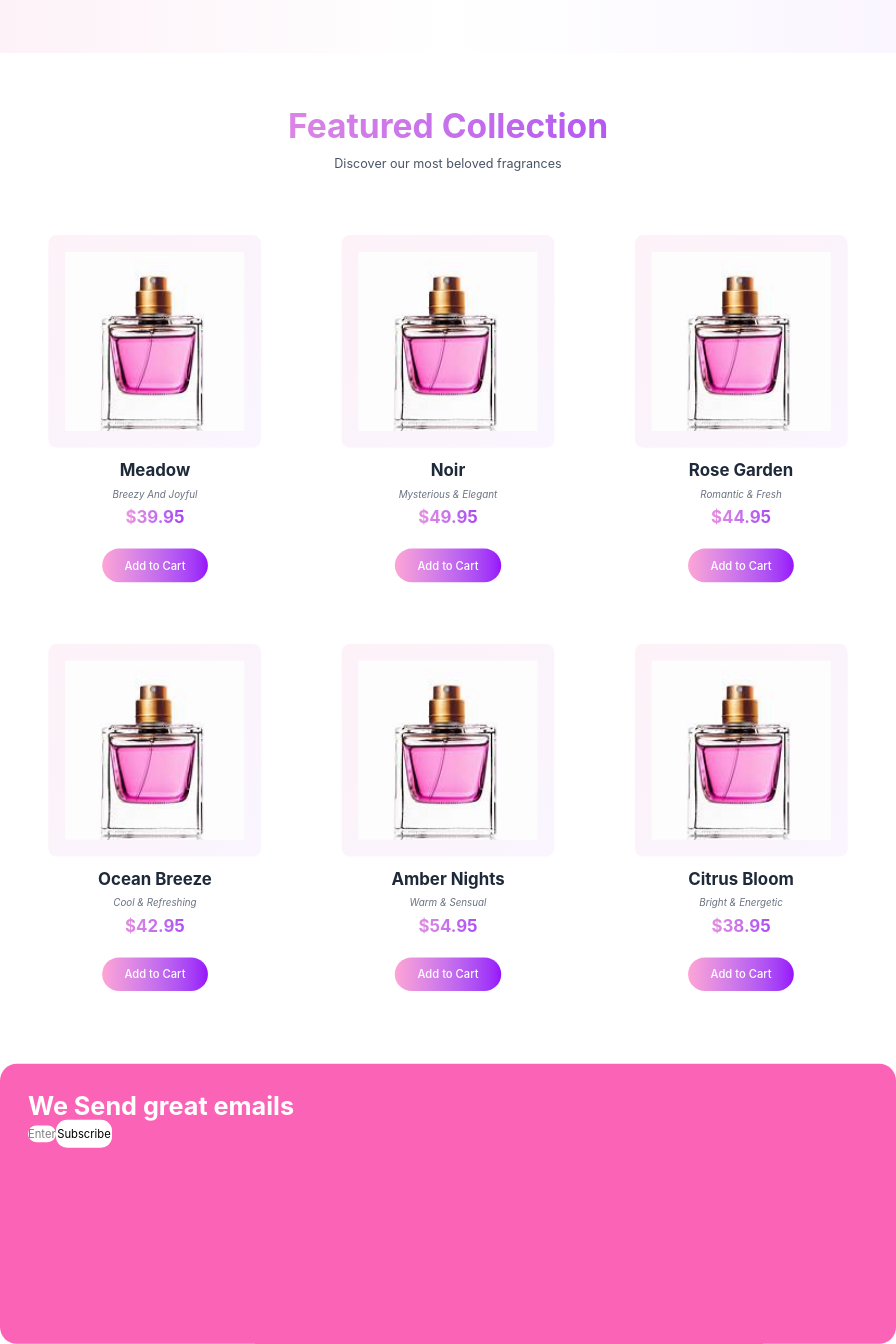
Repository: kiran2k5-ai/E-Commerce-Perfume
Page: /
The author's editor kept a copy of each file at every save. The page is drawn from the files as they stood at one save, then again after a run of saves.
The browser window is 1280 px wide. The pictures show the part of the page from y = 904 to 2824 px (the page is 2824 px tall), at 70% of full size.
The project was rebuilt for these pictures with package versions that can differ from the ones it lists, and the page was loaded fresh each time. Also part of the build but not shown: vite.config.js.

Above is the page before, as saved 2026-02-04 12:39:13.

### index.html
<!doctype html>
<html lang="en">
  <head>
    <meta charset="UTF-8" />
    <link rel="icon" type="image/svg+xml" href="/vite.svg" />
    <meta name="viewport" content="width=device-width, initial-scale=1.0" />
    <title>perfume-ecommerce</title>
  </head>
  <body>
    <div id="root"></div>
    <script type="module" src="/src/main.jsx"></script>
  </body>
</html>

### src/index.css
@import "tailwindcss";

@layer base {
  * {
    scroll-behavior: smooth;
  }

  body {
    font-family: 'Inter', 'Segoe UI', Tahoma, Geneva, Verdana, sans-serif;
    -webkit-font-smoothing: antialiased;
    -moz-osx-font-smoothing: grayscale;
  }
}

@layer utilities {
  .animate-fade-in {
    animation: fadeIn 1.5s ease-in-out;
  }

  @keyframes fadeIn {
    from {
      opacity: 0;
      transform: translateY(30px);
    }
    to {
      opacity: 1;
      transform: translateY(0);
    }
  }
}

### src/App.jsx
import { useState } from 'react'
import './App.css'
import Navbar from './components/Navbar'
import Home from './pages/Home'

function App() {
  const [count, setCount] = useState(0)

  return (
    <>
      <Navbar></Navbar>
      <Home></Home>
    </>
  )
}

export default App

### src/components/Navbar.jsx
import React from 'react'

const Navbar = () => {
  return (
    <nav className=" fixed w-full bg-pink-100 z-50 left-0 md:px-16 py-4 rounded-4xl">
      <div className="flex items-center justify-between">

        <div className="flex gap-6">
          <a href="#" className="hover:underline">Shop</a>
          <a href="#" className="hover:underline">About</a>
        </div>

        <div className="font-semibold text-2xl">
          Perfume
        </div>

        <div className="flex gap-6">
          <a href="#" className="hover:underline">Blog</a>
          <a href="#" className="hover:underline">Contact</a>
        </div>

      </div>
    </nav>
  )
}

export default Navbar

### src/pages/Home.jsx
import React from 'react'
import { Swiper, SwiperSlide } from "swiper/react";
import { Mousewheel } from "swiper/modules";
import Gridbox from '../components/Gridbox';
import Footer from '../components/Footer';
import "swiper/css";

const Home = () => {
  const products = [
    { id: 1, name: "Meadow", description: "Breezy And Joyful", price: "$39.95", image: "src/images/image2.jpg" },
    { id: 2, name: "Noir", description: "Mysterious & Elegant", price: "$49.95", image: "src/images/image2.jpg" },
    { id: 3, name: "Rose Garden", description: "Romantic & Fresh", price: "$44.95", image: "src/images/image2.jpg" },
    { id: 4, name: "Ocean Breeze", description: "Cool & Refreshing", price: "$42.95", image: "src/images/image2.jpg" },
    { id: 5, name: "Amber Nights", description: "Warm & Sensual", price: "$54.95", image: "src/images/image2.jpg" },
    { id: 6, name: "Citrus Bloom", description: "Bright & Energetic", price: "$38.95", image: "src/images/image2.jpg" },
  ];

  return (
    <>
    {/* Hero Section */}
    <div className='relative h-screen overflow-hidden'>
      <div className="absolute inset-0 bg-gradient-to-br from-pink-200/30 via-purple-200/30 to-blue-200/30"></div>
      <img src="src\images\image3.jpg" alt="Hero" className='mt-10 absolute inset-0 w-full h-full object-cover mix-blend-overlay'/>
      <div className='absolute inset-0 flex flex-col items-center justify-center text-white px-6'>
        <h1 className='text-7xl md:text-7xl font-bold text-center leading-tight mb-6 animate-fade-in'>
          Elevate EveryDay<br />
          Moments To<br />
          <span className='bg-gradient-to-r from-pink-300 to-purple-300 bg-clip-text text-transparent'>Extraordinary</span>
        </h1>
        <p className='text-xl md:text-2xl text-gray-100 mt-4 font-light tracking-wide'>Discover Your Signature Scent</p>
        <button className='mt-10 px-10 py-4 bg-white text-gray-800 rounded-full font-semibold text-lg hover:bg-pink-100 hover:scale-105 transition-all duration-300 shadow-2xl'>
          Explore Collection
        </button>
      </div>
    </div>

    {/* Brand Showcase */}
    <div className="bg-gradient-to-r from-pink-50 via-white to-purple-50 py-20">
      <div className="max-w-7xl mx-auto px-8">
        <h2 className="text-center text-gray-400 uppercase tracking-widest text-sm mb-10 font-semibold">Featured Brands</h2>
        <div className="flex items-center justify-between flex-wrap gap-8 text-gray-700">
          <h1 className="font-light italic text-4xl hover:text-pink-600 transition-colors cursor-pointer">flow</h1>
          <h1 className="font-semibold tracking-wide text-4xl hover:text-pink-600 transition-colors cursor-pointer">NINO</h1>
          <h1 className="font-medium text-4xl hover:text-pink-600 transition-colors cursor-pointer">InTrend</h1>
          <h1 className="font-bold text-4xl hover:text-pink-600 transition-colors cursor-pointer">JUNE</h1>
          <h1 className="font-semibold tracking-widest text-4xl hover:text-pink-600 transition-colors cursor-pointer">ZINE</h1>
          <h1 className="font-extrabold text-4xl hover:text-pink-600 transition-colors cursor-pointer">MAX</h1>
        </div>
      </div>
    </div>

    {/* Featured Products Section */}
    <div className="bg-white py-20">
      <div className="max-w-7xl mx-auto px-8">
        <div className="text-center mb-16">
          <h2 className="text-5xl font-bold bg-gradient-to-r from-pink-300 to-purple-600 bg-clip-text text-transparent mb-4">
            Featured Collection
          </h2>
          <p className="text-gray-600 text-lg">Discover our most beloved fragrances</p>
        </div>

        <div className="grid grid-cols-1 md:grid-cols-2 lg:grid-cols-3 gap-10">
          {products.map((product) => (
            <Gridbox
              key={product.id}
              name={product.name}
              description={product.description}
              price={product.price}
              image={product.image}
            />
          ))}
        </div>
      </div>
    </div>
    <Footer></Footer>

    </>
  )
}

export default Home

### src/components/Gridbox.jsx
import React from 'react'

const Gridbox = ({ image, name, description, price }) => {
  return (
    <div className="group flex flex-col items-center text-center gap-4 p-6 rounded-2xl bg-white hover:shadow-2xl transition-all duration-500 transform hover:-translate-y-2">

      <div className="relative overflow-hidden rounded-xl bg-gradient-to-br from-pink-50 to-purple-50 p-6">
        <img
          src={image}
          alt={name}
          className="w-64 h-64 object-cover transition-transform duration-500 group-hover:scale-110"
        />
        <div className="absolute inset-0 bg-gradient-to-t from-black/10 to-transparent opacity-0 group-hover:opacity-100 transition-opacity duration-300"></div>
      </div>

      <div className="space-y-2">
        <h2 className="text-2xl font-bold text-gray-800">{name}</h2>
        <p className="text-sm text-gray-500 italic">{description}</p>
        <p className="text-2xl font-bold bg-gradient-to-r from-pink-300 to-purple-600 bg-clip-text text-transparent">{price}</p>
      </div>

      <button
        className="mt-3 px-8 py-3 bg-gradient-to-r from-pink-300 to-purple-600 text-white rounded-full hover:shadow-lg hover:scale-105 transition-all duration-300 font-medium"
      >
        Add to Cart
      </button>

    </div>
  )
}

export default Gridbox

### src/components/Footer.jsx
import React from 'react'

const Footer = () => {
  return (
    <div className='flex justify-center'>
      <div className='h-100 w-350 bg-pink-400 rounded-3xl'>
        <div className='mt-10 ml-10 '>
            <h2 className='font-bold text-4xl  text-white'>We Send great emails</h2>
            <input type="text" className='bg-white rounded-2xl w-10' placeholder='Enter Your E-mail'/>
            <button className='bg-white w-20 h-10 rounded-2xl text-black'>Subscribe</button>
        </div>
      </div>
    </div>
  )
}

export default Footer

Loaded but not shown: src/main.jsx (common file); src/App.css (common file)

After the next 2 saves:
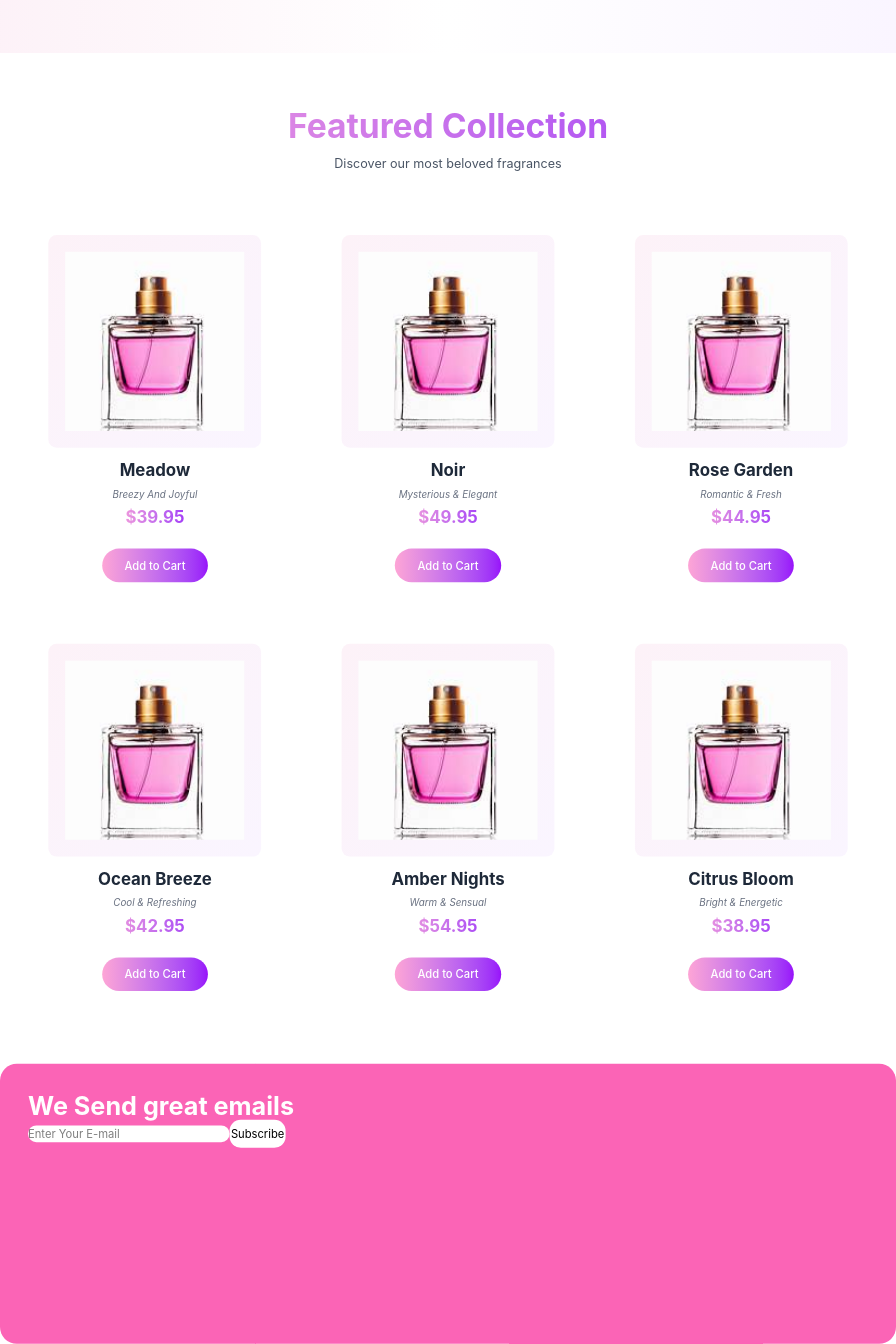
The 2 saves are shown as one change because they came seconds apart.
The last was saved 6 s later.
--- a/src/components/Footer.jsx
+++ b/src/components/Footer.jsx
@@ -6,7 +6,7 @@ const Footer = () => {
       <div className='h-100 w-350 bg-pink-400 rounded-3xl'>
         <div className='mt-10 ml-10 '>
             <h2 className='font-bold text-4xl  text-white'>We Send great emails</h2>
-            <input type="text" className='bg-white rounded-2xl w-10' placeholder='Enter Your E-mail'/>
+            <input type="text" className='bg-white rounded-2xl w-72' placeholder='Enter Your E-mail'/>
             <button className='bg-white w-20 h-10 rounded-2xl text-black'>Subscribe</button>
         </div>
       </div>
